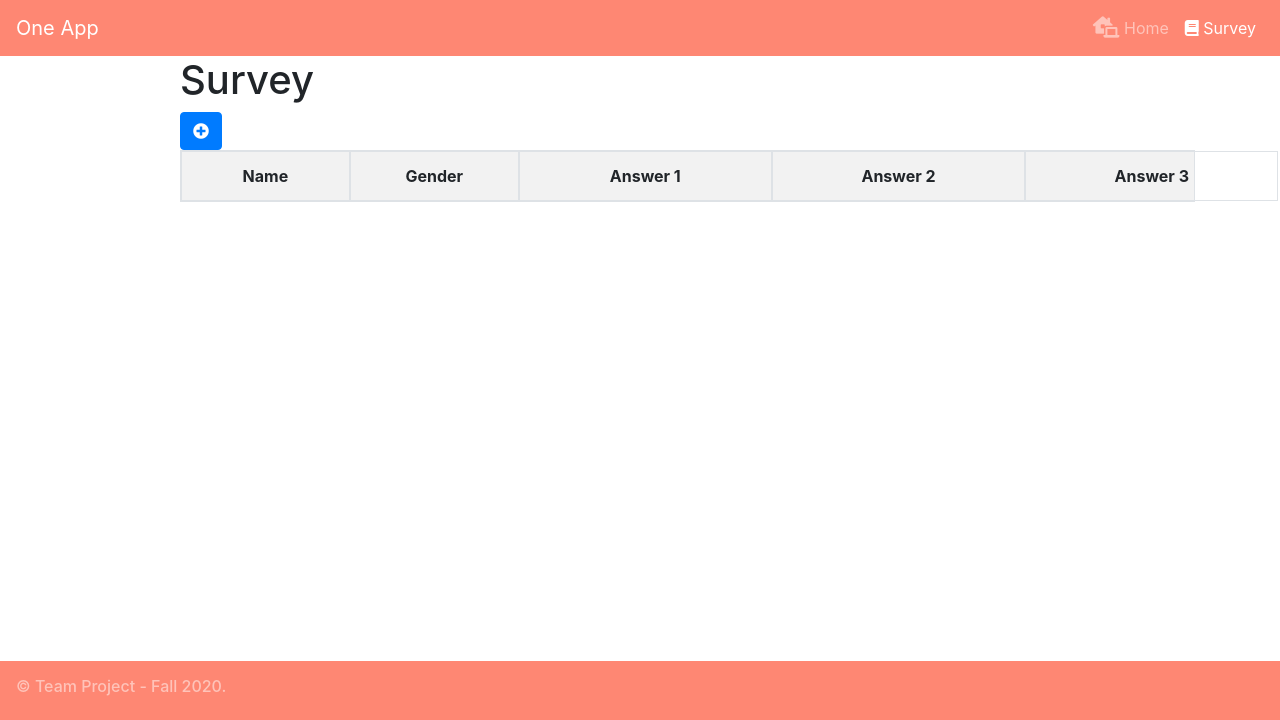
Repository: Dyazho/group-project
Page: http://localhost/survey
An editor plug-in stored every save of this project. The page is shown before and after the next save, followed by the edit.
The browser window is 1280 px wide. The pictures show the whole page.
The page is served by the project's Node server (server.js). Other server files are loaded and not shown. Queries for data that is not in the repository find no rows.

Above is the page before, as saved 2020-11-16 11:08:55.

### server/views/book/list.ejs
<%- include ../partials/header.ejs %>

<%- include ../partials/main_nav.ejs %>


  <!-- Main Content -->
  <main class="container">
    <div class="row">
        <div class="offset-md-1 col-md-11">
            <h1><%= title %></h1>
            <a href="/survey/add" class="btn btn-primary" role="button">
            <i class="fas fa-plus-circle"></i></a>
            <br>
            <table class="table table-bordered table-striped table-hover">
                <!-- Header Row-->
                <tr class="d-flex">
                    <th class="text-center col-2">Name</th>
                    <th class="text-center col-2">Gender</th>
                    <th class="text-center col-3">Answer 1</th>
                    <th class="text-center col-3">Answer 2</th>
                    <th class="text-center col-3">Answer 3</th>
                </tr>

                <!-- Repeatable Template Row -->

                <% for(let count = 0; count < BookList.length; count++) { %>
                    <tr class="d-flex">
                        <td class="text-center col-2"><%= BookList[count].name %></td>
                        <td class="text-center col-2"><%= BookList[count].gender %></td>
                        <td class="text-center col-1"><%= BookList[count].question1 %></td>
                        <td class="col-4"><%= BookList[count].question2 %></td>
                        <td class="text-center col-1"><%= BookList[count].question3 %></td>
                        <td class="text-center col-1">
                            <a href="/survey/edit/<%= BookList[count]._id %>" class="btn btn-primary btn-sm">
                            <i class="fas fa-pencil-alt"></i> Edit</a>
                        </td>
                        <td class="text-center col-1">
                            <a href="/survey/delete/<%= BookList[count]._id %>" class="btn btn-danger btn-sm">
                            <i class="fas fa-trash-alt"></i> Delete</a>
                        </td>
                    </tr>
                <% } %>
            </table>
        </div>
    </div>
  </main>

<%- include ../partials/bottom_nav.ejs %>

<%- include ../partials/footer.ejs %>

### server/views/partials/header.ejs
<!DOCTYPE html>
<html lang="en">
<head>
  <meta charset="UTF-8">
  <meta name="viewport" content="width=device-width, initial-scale=1.0">
  <title><%= title %></title>
  <!-- CSS Section -->

  <link rel="stylesheet" href="/bootstrap/dist/css/bootstrap.min.css">
  <link rel="stylesheet" href="/@fortawesome/fontawesome-free/css/all.min.css">
  <link rel='stylesheet' href='/Content/app.css' />

</head>
<body>

### server/views/partials/main_nav.ejs
<!-- Main Navigation -->
  <nav class="navbar navbar-expand-lg navbar-dark navbar-colorr">

    <a class="navbar-brand" href="/survey"> One App</a>
    <button class="navbar-toggler" type="button" data-toggle="collapse" data-target="#navbarSupportedContent" aria-controls="navbarSupportedContent" aria-expanded="false" aria-label="Toggle navigation">
      <span class="navbar-toggler-icon"></span>
    </button>

    <div class="collapse navbar-collapse" id="navbarSupportedContent">
      <ul class="navbar-nav ml-auto">

        <% if (title == "Home"){ %>
        <li class="nav-item active">
        <% } else  { %>
        <li class="nav-item">
        <% } %>
          <a class="nav-link" href="/home"><i class="fas fa-lg fa-laptop-house"></i> Home </a>
        </li>


        <% if (title == "Survey") { %>
        <li class="nav-item active">
        <% } else  { %>
        <li class="nav-item">
        <% } %>
          <a class="nav-link" href="/survey"><i class="fas fa-book"></i> Survey </a>
        </li>


    </div>
  </nav>

### server/views/partials/bottom_nav.ejs
<!-- Bottom Nav -->
  <footer>
    <nav class="navbar fixed-bottom navbar-dark navbar-colorr">
      <h6 class="display-6 navbar-text">&copy; Team Project - Fall 2020.</h6>
    </nav>
  </footer>

### server.js
#!/usr/bin/env node


/*  Sanamdeep Singh
    301107513       */


/**
 * Module dependencies.
 */

var app = require('./server/config/app');
var debug = require('debug')('week-4:server');
var http = require('http');

/**
 * Get port from environment and store in Express.
 */

var port = normalizePort(process.env.PORT || '3000');
app.set('port', port);

/**
 * Create HTTP server.
 */

var server = http.createServer(app);

/**
 * Listen on provided port, on all network interfaces.
 */

server.listen(port);
server.on('error', onError);
server.on('listening', onListening);

/**
 * Normalize a port into a number, string, or false.
 */

function normalizePort(val) {
  var port = parseInt(val, 10);

  if (isNaN(port)) {
    // named pipe
    return val;
  }

  if (port >= 0) {
    // port number
    return port;
  }

  return false;
}

/**
 * Event listener for HTTP server "error" event.
 */

function onError(error) {
  if (error.syscall !== 'listen') {
    throw error;
  }

  var bind = typeof port === 'string'
    ? 'Pipe ' + port
    : 'Port ' + port;

  // handle specific listen errors with friendly messages
  switch (error.code) {
    case 'EACCES':
      console.error(bind + ' requires elevated privileges');
      process.exit(1);
      break;
    case 'EADDRINUSE':
      console.error(bind + ' is already in use');
      process.exit(1);
      break;
    default:
      throw error;
  }
}

/**
 * Event listener for HTTP server "listening" event.
 */

function onListening() {
  var addr = server.address();
  var bind = typeof addr === 'string'
    ? 'pipe ' + addr
    : 'port ' + addr.port;
  debug('Listening on ' + bind);
}

### server/controllers/book.js
let express = require('express');
let router = express.Router();
let mongoose = require('mongoose');

// create a reference to the model
let Book = require('../models/book');

module.exports.displayBookList = (req, res, next) => {
    Book.find((err, bookList) => {
        if(err)
        {
            return console.error(err);
        }
        else
        {
            //console.log(BookList);

            res.render('book/list', {title: 'Survey', BookList: bookList});
        }
    });
}

module.exports.displayAddPage = (req, res, next) => {
    res.render('book/add', {title: 'Add'})
}

module.exports.processAddPage = (req, res, next) => {
    let newBook = Book({
        "name": req.body.name,
        "author": req.body.author,
        "published": req.body.published,
        "description": req.body.description,
        "price": req.body.price
    });

    Book.create(newBook, (err, Book) =>{
        if(err)
        {
            console.log(err);
            res.end(err);
        }
        else
        {
            // refresh the book list
            res.redirect('/survey');
        }
    });

}

module.exports.displayEditPage = (req, res, next) => {
    let id = req.params.id;

    Book.findById(id, (err, bookToEdit) => {
        if(err)
        {
            console.log(err);
            res.end(err);
        }
        else
        {
            //show the edit view
            res.render('book/edit', {title: 'Edit', book: bookToEdit})
        }
    });
}

module.exports.processEditPage = (req, res, next) => {
    let id = req.params.id

    let updatedBook = Book({
        "_id": id,
        "name": req.body.name,
        "author": req.body.author,
        "published": req.body.published,
        "description": req.body.description,
        "price": req.body.price
    });

    Book.updateOne({_id: id}, updatedBook, (err) => {
        if(err)
        {
            console.log(err);
            res.end(err);
        }
        else
        {
            // refresh the book list
            res.redirect('/survey');
        }
    });
}

module.exports.performDelete = (req, res, next) => {
    let id = req.params.id;

    Book.remove({_id: id}, (err) => {
        if(err)
        {
            console.log(err);
            res.end(err);
        }
        else
        {
             // refresh the book list
             res.redirect('/survey');
        }
    });
}

### public/Content/app.css
/* custom css goes here */

.navbar-colorr {
  background-color: #fe8773;
}

### public/Scripts/app.js
/*  Sanamdeep Singh
    301107513       */


// IIFE -- Immediately Invoked Function Expression
(function(){

    function Start()
    {
        console.log("App Started...");

        let deleteButtons = document.querySelectorAll('.btn-danger');

        for(button of deleteButtons)
        {
            button.addEventListener('click', (event)=>{
                if(!confirm("Are you sure?"))
                {
                    event.preventDefault();
                    window.location.assign('/book-list');
                }
            });
        }
    }

    window.addEventListener("load", Start);

})();

Loaded but not shown: server/views/partials/footer.ejs (common file)

After the next save:
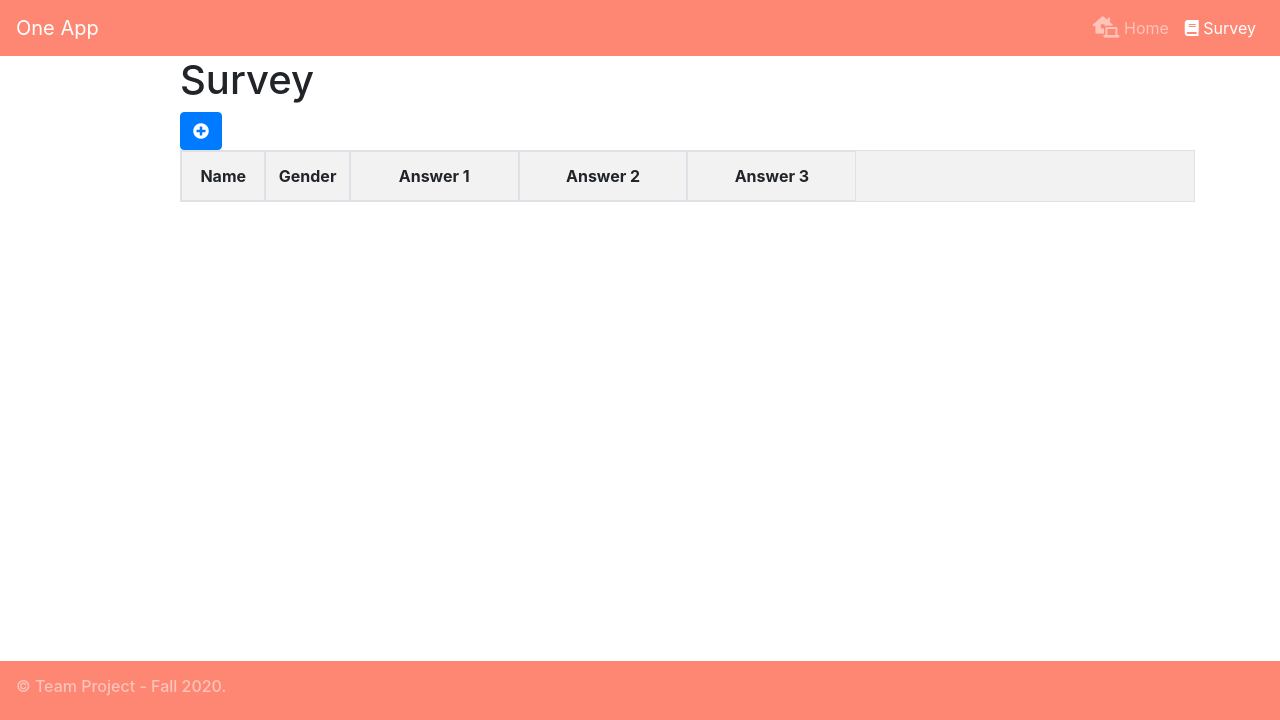
Saved 15 s later.
--- a/server/views/book/list.ejs
+++ b/server/views/book/list.ejs
@@ -14,11 +14,11 @@
             <table class="table table-bordered table-striped table-hover">
                 <!-- Header Row-->
                 <tr class="d-flex">
-                    <th class="text-center col-2">Name</th>
-                    <th class="text-center col-2">Gender</th>
-                    <th class="text-center col-3">Answer 1</th>
-                    <th class="text-center col-3">Answer 2</th>
-                    <th class="text-center col-3">Answer 3</th>
+                    <th class="text-center col-1">Name</th>
+                    <th class="text-center col-1">Gender</th>
+                    <th class="text-center col-2">Answer 1</th>
+                    <th class="text-center col-2">Answer 2</th>
+                    <th class="text-center col-2">Answer 3</th>
                 </tr>
 
                 <!-- Repeatable Template Row -->
